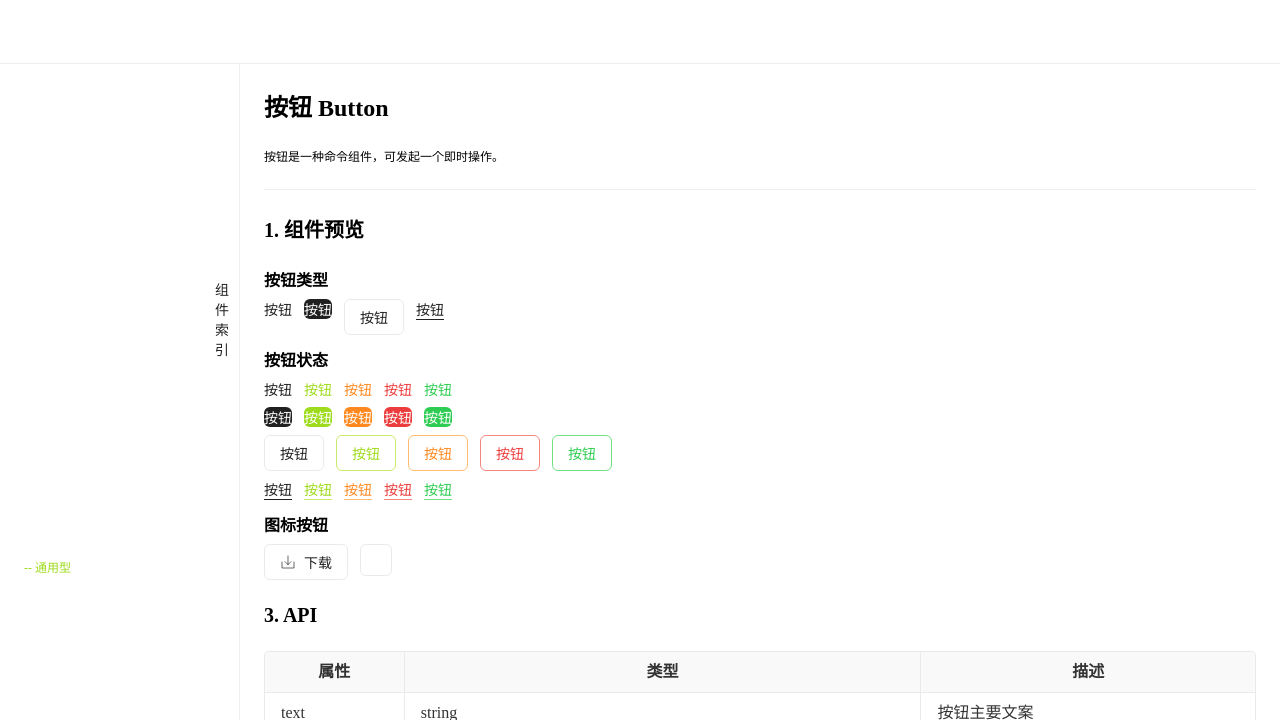
Repository: suminhan007/LandDesign
Page: /
An editor plug-in stored every save of this project. The page is shown before and after a run of saves, followed by the edit.
The browser window is 1280 px wide. The pictures show the whole page.
An inner scrolling area shows only its first screen. The project was rebuilt for these pictures with package versions that can differ from the ones it lists, and the page was loaded fresh each time. Also part of the build but not shown: vite.config.ts, packages/Pop.tsx, example/components/ComponentPreview.tsx, example/components/IconExample.tsx.

Above is the page before, as saved 2024-03-17 19:16:12.

### index.html
<!DOCTYPE html>
<html lang="en">
  <head>
    <meta charset="UTF-8" />
    <link rel="icon" type="image/svg+xml" href="/vite.svg" />
    <meta name="viewport" content="width=device-width, initial-scale=1.0" />
    <title>Land Design</title>
  </head>
  <body>
    <div id="root"></div>
    <script type="module" src="/example/main.tsx"></script>
  </body>
</html>

### example/App.tsx
import React, { useState } from 'react';
import styled from 'styled-components';
import "./app.css";
import '../style/atomic.scss';
import '../style/variable.scss';

import Button from '../packages/Button';
import Divider from '../packages/Divider';
import Table from '../packages/Table';
import Title from '../packages/Title';
import ComponentPreview from './components/ComponentPreview';

// 引入数据
import {
  COMMON_COMPONENTS_DATA,
  LAYOUT_COMPONENTS_DATA,
  NAV_COMPONENTS_DATA,
  INPUT_COMPONENTS_DATA,
  DISPLAY_COMPONENTS_DATA,
  FEEDBACK_COMPONENTS_DATA,
  TEXT_COMPONENTS_DATA,
  OTHER_COMPONENTS_DATA
} from './mock';

const Nav_Data = [
  { id: 1, data: COMMON_COMPONENTS_DATA, title: '通用型' },
  { id: 2, data: LAYOUT_COMPONENTS_DATA, title: '布局型' },
  { id: 3, data: NAV_COMPONENTS_DATA, title: '导航型' },
  { id: 4, data: INPUT_COMPONENTS_DATA, title: '数据输入型' },
  { id: 5, data: DISPLAY_COMPONENTS_DATA, title: '输入展示型' },
  { id: 6, data: FEEDBACK_COMPONENTS_DATA, title: '反馈型' },
  { id: 7, data: TEXT_COMPONENTS_DATA, title: '文字型' },
  { id: 8, data: OTHER_COMPONENTS_DATA, title: '其他' },
]

function App() {
  const [activedId, setActivedId] = useState<number>(2);
  return (
    <div>
      <StyledTopNav></StyledTopNav>
      <div className='flex'>
        <StyledLeftNav className='flex column gap-20 py-24 px-24 overflow-auto'>
          {/* <Title title='-- 组件索引' type='p' className='my-8' style={{ color: 'var(--color-primary-6)' }} /> */}
              <Button
                text='组件索引'
                width='100%'
                justify='start'
                type={activedId === 0 ? 'background' : 'text'}
                onClick={() => setActivedId(0)}
              />
          {
            Nav_Data.map(navItem =>
              <div className='flex column gap-8'>
                <Title title={`-- ${navItem.title}`} type='p' className='my-8' style={{ color: 'var(--color-primary-6)' }} />
                {
                  navItem.data?.map(navBtnItem =>
                    <Button
                      key={navBtnItem.id}
                      text={navBtnItem.en}
                      subText={navBtnItem.zh}
                      width='100%'
                      justify='start'
                      type={activedId === navBtnItem.id ? 'background' : 'text'}
                      onClick={() => setActivedId(navBtnItem.id)}
                    />
                  )
                }
              </div>
            )
          }
        </StyledLeftNav>
        <StyledRightContent className='flex p-24 overflow-auto'>
          {/* 组件索引 */}
          {activedId === 0 && <ComponentPreview/>}
          {
            activedId != 0 && COMMON_COMPONENTS_DATA.filter(itm => itm.id === activedId).map(item =>
              <div className='width-100 flex column gap-24 mb-24' style={{height: 'fit-content'}}>
                <Title title={`${item.zh} ${item.en}`} type='h1' />
                <Title title={item.desc} type='p'/>
                <Divider />
                <Title title='1. 组件预览' type='h2' />
                  {item.example}
                <Title title='3. API' type='h2' />
                <Table titleData={[{ title: '属性', value: 'props' }, { title: '类型', value: 'type' }, { title: '描述', value: 'desc' }]} data={item.props} style={{ width: '100%' }} />

              </div>
            )
          }
        </StyledRightContent>
      </div>
    </div>
  )
}

const StyledTopNav = styled.div`
  height: 64px;
  border-bottom: 1px solid #eee;
  box-sizing: border-box;
`

const StyledLeftNav = styled.div`
    width: 240px;
    height: calc(100vh - 64px);
    flex-shrink: 0;
    border-right: 1px solid var(--color-border-1);
    box-sizing: border-box;
`

const StyledRightContent = styled.div`
    width: calc(100% - 48px);
    height: calc(100vh - 64px);
    box-sizing: border-box;
`

export default App

### example/app.css
body,
h1,
h2,
h3,
a,
p {
    margin: 0;
    padding: 0;
}

### style/variable.scss
:root{
    // 主题色
    --color-primary-1: #FCFFE8; // 背景
    --color-primary-2: #EDF8BB; // 文字禁用
    --color-primary-3: #DCF190; // 禁用
    --color-primary-4: #C9E968; // 特殊选中 & 边框
    --color-primary-5: #B5E241; // 悬浮 :hover
    --color-primary-6: #9FDB1D; // 常规
    --color-primary-7: #7EB712; // 点击 :active
    --color-primary-8: #5F940A; // 已点击

    // 状态色: success warnning error
    --color-red-1: #FFECE8;
    --color-red-2: #FBCBC4;
    --color-red-3: #F7A9A1;
    --color-red-4: #F3867E;
    --color-red-5: #EF625D;
    --color-red-6: #EB3D3D;
    --color-red-7: #C3262B;
    --color-red-8: #9C141D;

    --color-orange-1: #FFF7E8;
    --color-orange-2: #FFE6C0;
    --color-orange-3: #FFD298;
    --color-orange-4: #FFBC70;
    --color-orange-5: #FFA448;
    --color-orange-6: #FF8920;
    --color-orange-7: #D26614;
    --color-orange-8: #A6490A;

    --color-green-1: #E8FFEA;
    --color-green-2: #BDF5C3;
    --color-green-3: #95EBA1;
    --color-green-4: #70E083;
    --color-green-5: #4ED669;
    --color-green-6: #2ECC52;
    --color-green-7: #1DAC43;
    --color-green-8: #108C35;

    // 链接色
    --color-link-1: #E8F3FF;
    --color-link-2: #BEDAFF;
    --color-link-3: #94BFFF;
    --color-link-4: #6AA1FF;
    --color-link-5: #4080FF;
    --color-link-6: #165DFF;
    --color-link-7: #0E42D2;
    --color-link-8: #072CA6;

    // 标签色 & 数据色
    --color-tag-1: #F53F3F;
    --color-tag-2: #FF7D00;
    --color-tag-3: #23C343;
    --color-tag-4: #14C9C9;
    --color-tag-5: #3491FA;
    --color-tag-6: #8D4EDA;
    --color-tag-7: #FF4A83;
    --color-tag-8: #4e5969;
    --color-tag-9: #DDBEF6;
    --color-tag-10: #FF99B2;
    --color-tag-11: #AFF0B5;

    // 边框色(无交互)
    --color-border-1: #EFEFEF; // 常规
    --color-border-2: #EAEAEA; // 重边框

    // 边框粗细
    --border-1: 1px;
    --border-2: 2px;

    // 背景色
    --color-bg-white: #FFF;
    --color-bg-1: #F9F9F9;
    --color-bg-2: #F6F6F6;
    --color-bg-3: #FAFAFA;

    // 文字色
    --color-text-1: #0D0D0D;
    --color-text-2: #202020;
    --color-text-3: #555;
    --color-text-4: #888;
    --color-text-light: #F9F9F9;
    --color-text-white: #FFF;

    // 字号
    --font-content-small: 12px; // 正文-小
    --font-content-medium: 14px; // 正文-常规
    --font-content-large: 16px; // 正文-大
    --font-title-mini: 12px; // 标题-辅助
    --font-title-small: 16px; // 标题-小
    --font-title-medium: 20px; // 标题-常规
    --font-title-large: 24px; // 标题常-大
    --font-slogan-small: 36px; // 视觉标题-小
    --font-slogan-medium: 48px; // 视觉标题-常规
    --font-slogan-large: 64px; // 视觉标题常-大

    // 字重
    --font-weight-300: 300; // light
    --font-weight-400: 400; // regular
    --font-weight-500: 500; // bold
    --font-weight-500: 600; // heavy

    // 亲密性
    --size-4: 4px;
    --size-8: 8px;
    --size-12: 12px;
    --size-20: 20px;
    --size-32: 32px;
    --size-48: 48px;
    --size-80: 80px;

    // 图标尺寸
    --icon-mini: 12px;
    --icon-small: 16px;
    --icon-medium: 20px;
    --icon-large: 24px;

    // 圆角
    --radius-2: 2px;
    --radius-4: 4px;
    --radius-6: 6px;
    --radius-8: 8px;
    --radius-12: 12px;
    --radius-20: 20px;
    --radius-50: 50%;

    // 间距
    --padding-small: 4px;
    --padding-medium: 8px 16px;
    --padding-large: 16px;

    // 背景模糊
    ---blur-small: blur(10px);
    ---blur-medium: blur(15px);
    ---blur-large: blur(30px);

    // 透明度
    ---opacity-0: 0;
    ---opacity-01: 0.1;
    ---opacity-02: 0.2;
    ---opacity-04: 0.4;
    ---opacity-68: 0.68;
    ---opacity-08: 0.8;
    ---opacity-09: 0.9;
    ---opacity-1: 1;

    // 投影
    --boxshadow-small: 0 0px 4px rgba(0, 0, 0, 0.1);
    --boxshadow-medium: 0 0 10px rgba(0, 0, 0, 0.1);
    --boxshadow-large: 0 0 20px rgba(0, 0, 0, 0.1);

    // 过渡
    --transition-15: 0.15s;
    --transition-2: 0.2s;
    --transition-3: 0.3s;
    --transition-8: 0.8s;

    /****** 暗黑模式 ******/
}

### packages/Button.tsx
import React, { CSSProperties, useMemo } from 'react'
import styled from 'styled-components'
// import { IconLoading } from './Icon';
import Pop, { PopProps } from './Pop';

export type ButtonProps = {
  /* 按钮主要文案 */
  text?: string;
  /* 按钮次要文案 */
  subText?: string;
  /* 按钮图标: 若仅指定 icon 而未指定文案，则渲染为按钮图标（宽高一致） */
  icon?: React.ReactNode;
  /* 设置按钮宽度&高度：设置后 padding 将不起作用 */
  width?: string | number;
  height?: string | number;
  /* 按钮文字对齐方式 */
  justify?: 'center' | 'start' | 'end';
  /* 按钮风格 */
  type?: 'text' | 'background' | 'border' | 'line';
  /* 按钮状态 */
  status?: 'default' | 'primary' | 'warning' | 'danger' | 'success';
  /* 是否禁用 */
  disabled?: boolean;
  /* 是否记载中 */
  loading?: boolean;
  /* 按钮气泡 */
  pop?: React.ReactNode | string;
  /* 气泡配置 */
  PopProps?: PopProps;
  /* 跳转链接：按钮作为 a 标签 */
  href?: string;
  /* a 标签对应的 target 属性 */
  target?: '_self' | '_blank' | '_top' | '_parent';
  /* 按钮点击事件 */
  onClick?: (e: React.UIEvent) => void;
  style?: CSSProperties;
  className?: string;
}

const Button: React.FC<ButtonProps> = ({
  text,
  subText,
  icon,
  width,
  height,
  justify = 'center',
  type = 'border',
  status = 'default',
  disabled,
  loading,
  pop,
  PopProps,
  href,
  target = '_blank',
  onClick,
  style,
  className = ''
}) => {
  /* 仅指定 icon 属性时 iconOnly 默认为true */
  const iconOnly = useMemo(() => {
    if (icon) {
      if (!text && !subText) return true;
    } else {
      return false;
    }
  }, [icon, text, subText])

  // 配置按钮颜色
  const buttonColorConfig = useMemo(() => {
    switch (status) {
      case 'success': return 'var(--color-green-';
      case 'warning': return 'var(--color-orange-';
      case 'danger': return 'var(--color-red-';
      case 'primary': return 'var(--color-primary-';
      default: return '';
    }
  }, [status])
  return (
    <>
      {!href ?
        <StyledButton
          className={`land-button ${type} ${status} ${iconOnly ? 'iconOnly' : ''} ${disabled ? 'disabled' : ''} ${pop ? 'hover-pop' : ''} ${className}`}
          style={style}
          width={width}
          height={height}
          justify={justify}
          color={buttonColorConfig}
          onClick={(e: React.UIEvent) => onClick?.(e)}
        >
          {loading ? <>load</> : icon}
          {!iconOnly && <div>
            <span>{text}</span>
            {subText && <span className='subText'>{subText}</span>}
          </div>}
          {pop && <Pop content={pop} {...PopProps} />}
        </StyledButton>
        :
        <StyleButtonLink
          href={href}
          target={target}
          className={`land-button ${pop ? 'hover-pop' : ''} ${className}`}
          style={style}
          width={width}
          height={height}
          justify={justify}
          color={buttonColorConfig}
          onClick={(e: React.UIEvent) => onClick?.(e)}
        >
          {/* {loading ? <IconLoading /> : icon} */}
          {!iconOnly && <div>
            <span>{text}</span>
            <span className='subText'>{subText}</span>
          </div>}
          {pop && <Pop content={pop} {...PopProps} />}
        </StyleButtonLink>
      }
    </>
  )
}

const StyledButton = styled.div<{
  justify?: any;
  color?: string;
  width?; string;
  height?: string;
}>`
    position: relative;
    display: flex;
    align-items: center;
    justify-content: ${props => props.justify};
    gap: var(--size-8);
    padding: ${props => props.width};
    width: ${props => props.width ? props.width : 'fit-content'};
    height: ${props => props.height ? props.height : 'fit-content'};
    color: ${props => props.color ? `${props.color}6)` : 'var(--color-text-2)'};
    &:hover {
      color: ${props => props.color ? `${props.color}5)` : 'var(--color-text-3)'};
    }
    &:active {
      color: ${props => props.color ? `${props.color}7)` : 'var(--color-text-1)'};
    }
    font-size: var(--font-content-medium);
    border-radius: var(--radius-6);
    box-sizing: border-box;
    transition: all var(--transition-15) linear;
    cursor: pointer;
    .subText{
      margin-left: 4px;
      font-size: var(--font-content-small);
      opacity: var(--opacity-68);
    }

    &.text,
    &.border.default {
      &:hover {
        background-color: var(--color-bg-1);
      }
      &:active {
        background-color: var(--color-bg-2);
      }
    }

    &.background {
      color: var(--color-text-white);
      background-color: ${props => `${props.color}6)` };
      &.default {
        background-color: var(--color-text-2);
        &:hover {
          background-color: var(--color-text-1);
        }
        &:active {
          background-color: var(--color-text-1);
        }
      }
      &:hover {
        background-color: ${props => `${props.color}5)` };
      }
      &:active {
        background-color: ${props => `${props.color}7)` };
      }
    }

    &.border {
      padding: 7px 15px;
      border: ${props => `var(--border-1) solid ${props.color}4)`};
      &.default {
        border-color: var(--color-border-2);
      }
      &:hover {
        background-color: ${props => `${props.color}1)` };
      }
      &:active {
        background-color: ${props => `${props.color}2)` };
      }
    }

    &.line {
      border-bottom: var(--border-1) solid transparent;
      border-color: ${props => `${props.color}4)`};
      border-radius: 0;
      &.default {
        border-color: var(--color-text-2);
      }
    }

    &.iconOnly {
      width: var(--size-32);
      height: var(--size-32);
    }
    &.disabled {
      opacity: var(--opacity-68);
      cursor: default;
    }
`

const StyleButtonLink = styled.a<{
  justify?: any;
}>`
  ${StyledButton};
  text-decoration: none;
`

export default Button

### packages/Divider.tsx
import React, { CSSProperties } from 'react'

export type DividerProps = {
    /* 分割线方向 */
    direction?: 'row' | 'column';
    /* 分割线粗细 */
    size?: number;
    /* 分割线上下或左右边距 */
    margin?: number;
    /* 分割线类型：实线或者虚线 */
    type?: 'solid' | 'dashed';
    /* 分割线颜色 */
    color?: string;
    /* 分割线包含的内容 */
    content?: React.ReactNode | string;
    /* 分割线包含内容时对齐方式 */
    align?: 'left' | 'center' | 'right';
    style?: CSSProperties;
    className?: string;
}

const Divider: React.FC<DividerProps> = ({
    direction = 'row',
    size = 1,
    margin = 0,
    type = 'solid',
    color = '#eee',
    content,
    align = 'center',
    style,
    className = ''
}) => {
    return (
        <div
            className={`land-divider ${className}`}
            style={{
                display: 'flex',
                alignItems: 'center',
                flexDirection: direction,
                gap: content && '8px',
                width: direction === 'row' ? '100%' : `${size}px`,
                height: direction === 'column' ? '100%' : 'auto',
                margin: direction === 'row' ? `${margin}px 0` : `0 ${margin}px`,
                ...style
            }}
        >
            <div
                style={{
                    flex: align === 'left' ? '10%' : align === 'right' ? '90%' : 1,
                    height: '0px',
                    borderBottom: direction === 'row' ? `${size}px ${type} ${color}` : 'none',
                    borderLeft: direction === 'column' ? `${size}px ${type} ${color}` : 'none',
                }}
            ></div>
            {content &&
                <>
                    <div
                        style={{
                            fontSize: '12px',
                            color: '#999',
                            writingMode: direction === 'column' ? 'vertical-rl' : 'unset',
                            textOrientation: direction === 'column' ? 'upright' : 'unset',
                        }}>
                        {content}
                    </div>
                    <div
                        style={{
                            flex: align === 'left' ? '90%' : align === 'right' ? '10%' : 1,
                            height: '0px',
                            borderBottom: direction === 'row' ? `${size}px ${type} ${color}` : 'none',
                            borderLeft: direction === 'column' ? `${size}px ${type} ${color}` : 'none',
                        }}
                    ></div>
                </>
            }
        </div >
    )
}

export default Divider

### packages/Table.tsx
import React, { CSSProperties } from 'react'
import styled from 'styled-components'

export type TableProps = {
    titleData?: { title: string | React.ReactNode, value: string }[];
    data?: any[]
    style?: CSSProperties;
    className?: string;
}

const Table: React.FC<TableProps> = ({
    titleData,
    data = [],
    style,
    className = ''
}) => {
    return (
        <StyledTable className={`land-table ${className}`} style={style}>
            <thead>
                <tr>
                    {titleData?.map((item1, index1) =>
                        <th key={index1}>{item1.title}</th>
                    )}
                </tr>
            </thead>
            <tbody>
                {data.map(item2 =>
                    <tr>
                        {Object.values(item2).map((item3: any) =>
                            <td>{item3}</td>
                        )}
                    </tr>
                )}
            </tbody>
        </StyledTable>
    )
}

const StyledTable = styled.table`
    border-spacing: 0px;
    border: 1px solid #eaeaea;
    border-radius: 4px;
    overflow: hidden;
    thead {
        background-color: #f9f9f9;
        td {
            text-align: center;
        }
    }
    tbody tr td{
        border-top: 1px solid #eaeaea;
    }
    thead tr th:not(:last-child),
    tbody tr td:not(:last-child) {
        border-right: 1px solid #eaeaea;
    }
    td,th {
        padding: 8px 16px;
        box-sizing: border-box;
        color: #333;
        line-height: 1.5em;
    }
`

export default Table;

### packages/Title.tsx
import React, { CSSProperties } from 'react'
import styled from 'styled-components'

export type TitleProps = {
  /* 标题内容 */
  title?: string;
  /* 标题层级 */
  type?: 'h1' | 'h2' | 'h3' | 'p';
  /* 标题前缀 */
  prefix?: string;
  /* 标题角标 */
  sub?: string | React.ReactNode;
  style?: CSSProperties;
  className?: string;
  onClick?: () => void;
}

const Pop: React.FC<TitleProps> = ({
  title,
  type = 'h1',
  prefix,
  sub,
  style,
  className = '',
  onClick
}) => {
  return (
    <StyledTitle className={`land-title ${className}`} style={style} onClick={() => onClick?.()}>
      {prefix && <span className='land-title-prefix'>{prefix}</span>}
      {type === 'h1' && <h1>{title}</h1>}
      {type === 'h2' && <h2>{title}</h2>}
      {type === 'h3' && <h3>{title}</h3>}
      {type === 'p' && <p>{title}</p>}
      {sub && typeof (sub) === 'string' ? <div className='land-title-sub'>{sub}</div> : <>{sub}</>}
    </StyledTitle>
  )
}

const StyledTitle = styled.div`
  position: relative;
  display: flex;
  align-items: center;
  gap: 8px;
  width: fit-content;
  font-weight: 600;
  h1 {
    font-size: 24px;
  }
  h2 {
    font-size: 20px;
  }
  h3 {
    font-size: 16px;
  }
  p {
    font-size: 12px;
    font-weight: 400;
  }
  .land-title-sub{
    position: absolute;
    top: -30%;
    right: -50%;
    padding: 2px 4px;
    font-size: 8px;
    font-weight: 400;
    color: white;
    background-color: #202023;
    border-radius: 4px;
  }
`

export default Pop

### example/components/ButtonExample.tsx
import React from 'react';
import Title from '../../packages/Title';
import Button from '../../packages/Button';
import { IconDownload } from '../../packages/Icon';

export default function ButtonExample() {
  return (
    <div className='flex column gap-12'>
      <div className='flex column gap-8'>
        <Title title='按钮类型' type='h3' />
          <div className='flex gap-12'>
            <Button text='按钮' type='text' />
            <Button text='按钮' type='background' />
            <Button text='按钮' type='border' />
            <Button text='按钮' type='line'/>
          </div>
      </div>

      <div className='flex column gap-8'>
          <Title title='按钮状态' type='h3' />
          <div className='flex gap-12'>
            <Button text='按钮' type='text' status='default' />
            <Button text='按钮' type='text' status='primary' />
            <Button text='按钮' type='text' status='warning' />
            <Button text='按钮' type='text' status='danger' />
            <Button text='按钮' type='text' status='success'/>
        </div>
        <div className='flex gap-12'>
          <Button text='按钮' type='background' status='default'/>
          <Button text='按钮' type='background' status='primary'/>
          <Button text='按钮' type='background' status='warning'/>
          <Button text='按钮' type='background' status='danger'/>
          <Button text='按钮' type='background' status='success'/>
        </div>
        <div className='flex gap-12'>
          <Button text='按钮' type='border' status='default'/>
          <Button text='按钮' type='border' status='primary'/>
          <Button text='按钮' type='border' status='warning'/>
          <Button text='按钮' type='border' status='danger'/>
          <Button text='按钮' type='border' status='success'/>
        </div>
        <div className='flex gap-12'>
          <Button text='按钮' type='line' status='default'/>
          <Button text='按钮' type='line' status='primary'/>
          <Button text='按钮' type='line' status='warning'/>
          <Button text='按钮' type='line' status='danger'/>
          <Button text='按钮' type='line' status='success'/>
          </div>
      </div>

      <div className='flex column gap-8'>
        <Title title='图标按钮' type='h3' />
          <div className='flex gap-12'>
          <Button text='下载' type='border' icon={<IconDownload />} />
          <Button type='border' icon={<IconDownload />} />
          </div>
      </div>
    </div>
  )
}

Loaded but not shown: example/main.tsx (common file); packages/Icon.tsx (581 lines, source omitted); example/mock.tsx (558 lines, source omitted); style/atomic.scss (516 lines, source omitted)

After the next 4 saves:
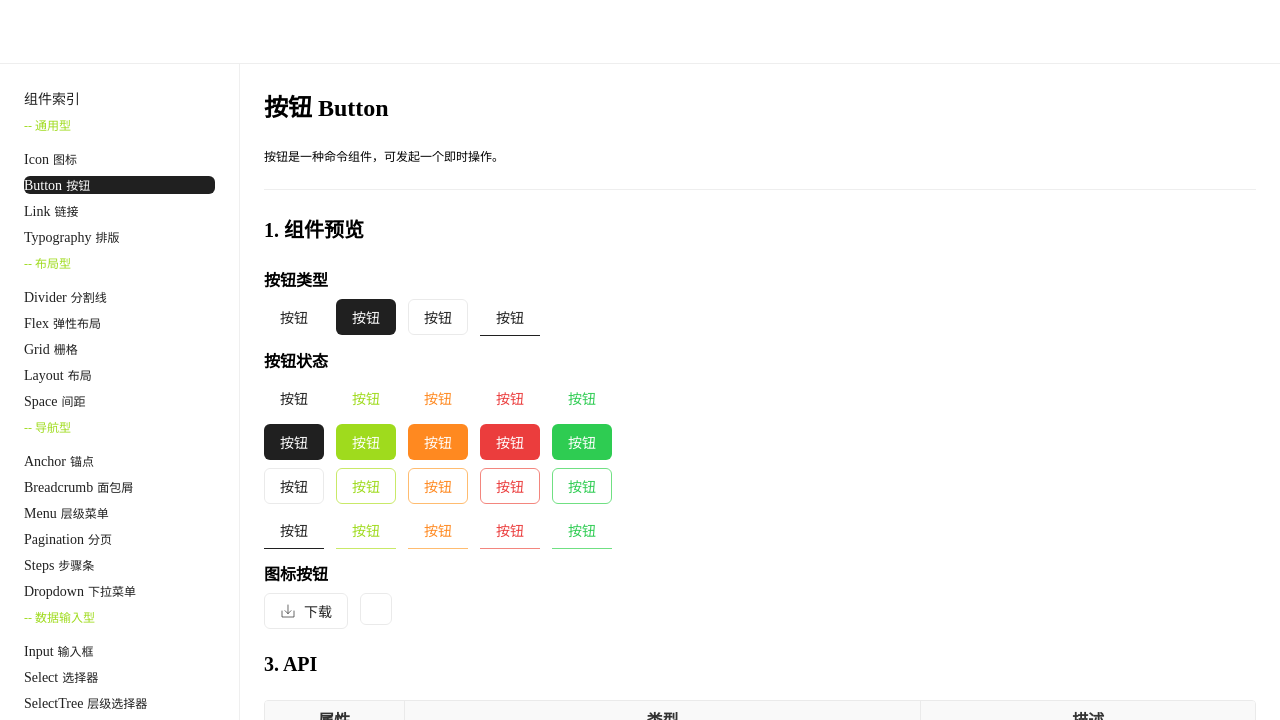
The 4 saves are shown as one change because they came seconds apart.
The last was saved 10 s later.
--- a/packages/Button.tsx
+++ b/packages/Button.tsx
@@ -129,7 +129,7 @@ const StyledButton = styled.div<{
     align-items: center;
     justify-content: ${props => props.justify};
     gap: var(--size-8);
-    padding: ${props => props.width};
+    padding: ${props => props.width ? '' : 'var(--padding-medium)'};
     width: ${props => props.width ? props.width : 'fit-content'};
     height: ${props => props.height ? props.height : 'fit-content'};
     color: ${props => props.color ? `${props.color}6)` : 'var(--color-text-2)'};
